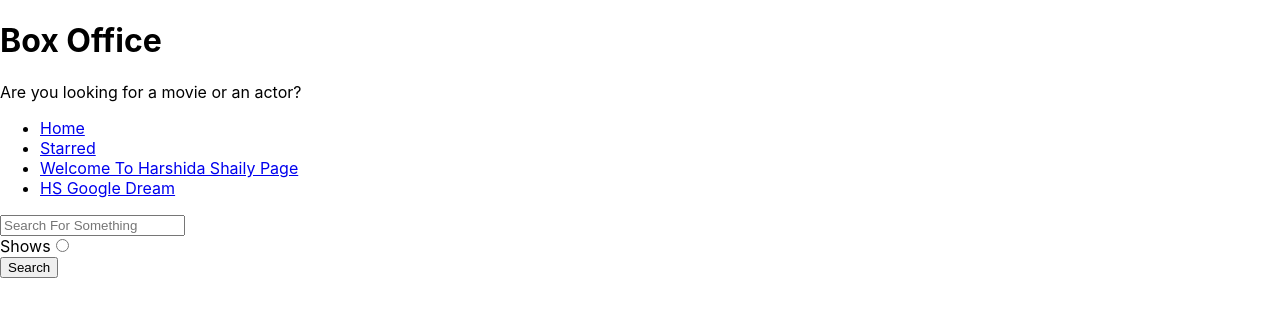
Repository: HARSHIDA18/box-office
Page: /
The author's editor kept a copy of each file at every save. The page is drawn from the files as they stood at one save, then again after the next save.
The browser window is 1280 px wide. The pictures show the whole page.
The project was rebuilt for these pictures with package versions that can differ from the ones it lists, and the page was loaded fresh each time. A package was used in the major version that the imports need, not the one package.json lists. Also part of the build but not shown: src/pages/Starred.js. Imported but missing from the stored project, and not drawn on this page: src/serviceWorkerRegistration.

Above is the page before, as saved 2022-06-17 23:45:20.

After the next save:
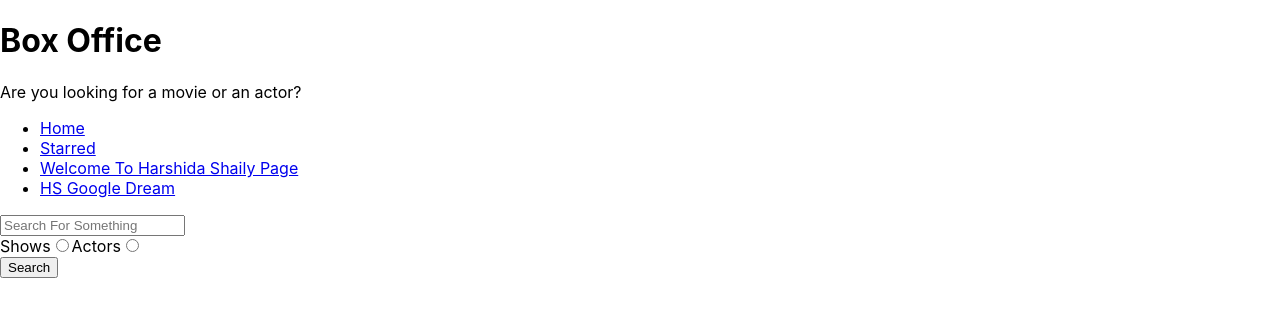
Saved 40 s later.
--- a/src/pages/Home.js
+++ b/src/pages/Home.js
@@ -55,6 +55,11 @@ function Home() {
           Shows
           <input type="radio" />
         </label>
+
+        <label>
+          Actors
+          <input type="radio" />
+        </label>
       </div>
       <button type="button" onClick={onSearch}>
         Search
